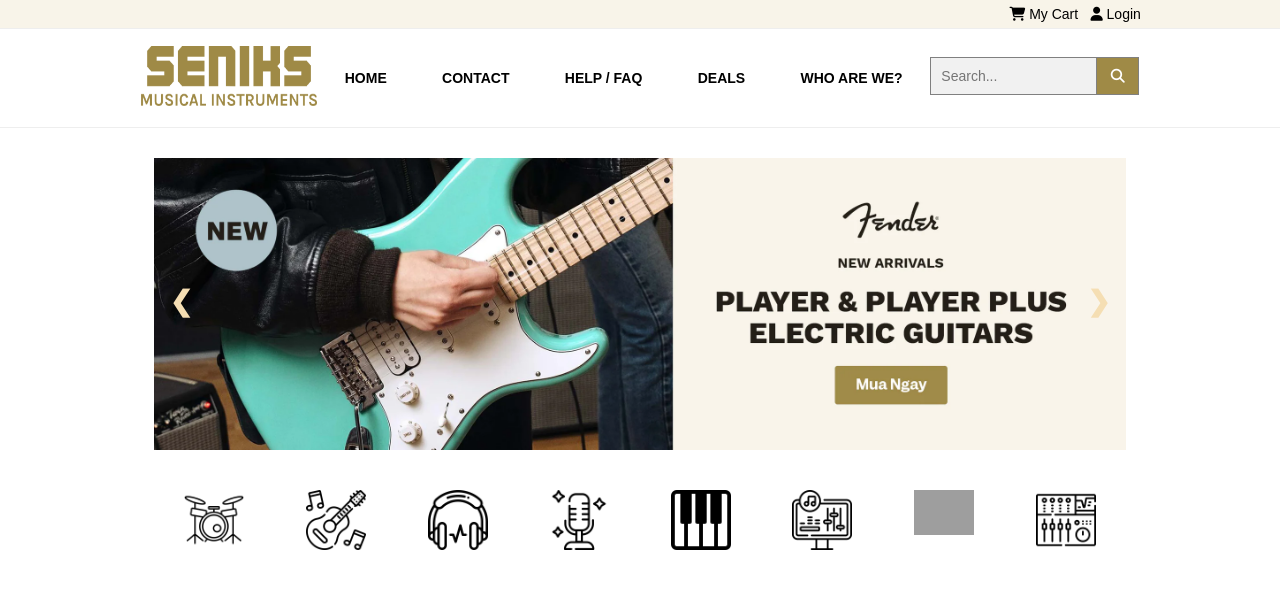
Repository: kuni-hoangnguyen/Do-an-tkweb-nam1
Page: index.html
These files come from the project's save history. The page is drawn as it stood at one moment and after the next save; the edit follows.
The browser window is 1280 px wide. The pictures show the whole page.
Pictures or frames that could not be fetched are drawn as grey boxes.

Above is the page before, as saved 2023-09-18 16:07:21.

### index.html
<!DOCTYPE html>
<html>

  <head>
    <title>Trang chủ</title>
    <link rel="stylesheet" href="main.css">
    <link rel="stylesheet" href="https://cdnjs.cloudflare.com/ajax/libs/font-awesome/6.4.2/css/all.min.css">
    <meta charset="utf-8">
    <meta http-equiv="X-UA-Compatible" content="IE=edge,chrome=1">
    <meta name="viewport" content="width=device-width, initial-scale=1">
  </head>

  <body>
    <header>

      <div class="row-menu1">

        <ul class="menu">
          <li class="menu-item"><a class="menu-link" href="#"><i class="fa-solid fa-cart-shopping"></i> My Cart</a></li>
          <li class="menu-item"><a class="menu-link" href="#"><i class="fa-solid fa-user"></i> Login</a></li>
        </ul>

      </div>

      <div class="row-menu2">

        <a href="index.html"><img class="logo" src="media/LOGO.png" alt="logo" ></a>

        <ul class="menu">
          <li class="menu-item"><a class="menu-link" href="index.html">HOME</a></li>
          <li class="menu-item"><a class="menu-link" href="#">CONTACT</a></li>
          <li class="menu-item"><a class="menu-link" href="#">HELP / FAQ</a></li>
          <li class="menu-item"><a class="menu-link" href="#">DEALS</a></li>
          <li class="menu-item"><a class="menu-link" href="#">WHO ARE WE?</a></li>
        </ul>

        <form class="search-button">

          <input type="text" placeholder="Search...">
          <button><i class="fa fa-search"></i></button>

        </form>

      </div>
    </header>
    <main>
      <div class="slideshow-container">
        <div class="mySlides fade">
          <img src="media/slide1.webp" style="width:100%">
        </div>

        <div class="mySlides fade">
          <img src="media/slide2.webp" style="width:100%">
        </div>

        <div class="mySlides fade">
          <img src="media/slide3.webp" style="width:100%">
        </div>

        <a class="prev" onclick="plusSlides(-1)">❮</a>
        <a class="next" onclick="plusSlides(1)">❯</a>

      </div>

      <div class="img-list">
        <ul class="menu">
          <li class="list-item"><a class="list-link" href="#"><img src="media/drums.png" alt=""></a></li>
          <li class="list-item"><a class="list-link" href="#"><img src="media/guitar.png" alt=""></a></li>
          <li class="list-item"><a class="list-link" href="#"><img src="media/headphone.png" alt=""></a></li>
          <li class="list-item"><a class="list-link" href="#"><img src="media/microphone.png" alt=""></a></li>
          <li class="list-item"><a class="list-link" href="#"><img src="media/piano.png" alt=""></a></li>
          <li class="list-item"><a class="list-link" href="#"><img src="media/software.png" alt=""></a></li>
          <li class="list-item"><a class="list-link" href="#"><img src="media/speaker.png" alt=""></a></li>
          <li class="list-item"><a class="list-link" href="#"><img src="media/synthesizer.png" alt=""></a></li>
        </ul>
      </div>
    </main>
    <footer>

    </footer>
    <script src="main.js"></script>
  </body>
</html>

### main.css
*{
  margin: 0;
  padding: 0;
  box-sizing: border-box;
  font-family: "Arial", Helvetica Neue, Helvetica, sans-serif;
}
header{
  width: 100%;
  background-color: #fff;
  border-style: none none inset  none;
  border-width: 1px;
  margin: auto;
}
.menu{
  list-style-type: none;
  display: flex;
  justify-content: space-around ;
  width: 100%;
}
.row-menu1{
  width: 100%;
  background-color: #f8f4e9;
  border-style: none none inset  none;
  border-width: 1px;
}
.row-menu1 .menu{
  flex-direction: row;
  width: 45%;
  margin-right: 0;
  margin-left: auto;
  padding: 14px 0;
}
.menu-link{
  color: black;
  text-decoration: none;
  font-size: 14px;
}
.row-menu2 .menu-link{
  font-weight: 600;
  font-size: 12px;
}
.menu-link:hover{
  color: #8c7422;
}
.logo{
  width: 35vw;
  padding: 0.5vh 1vw;
  position: absolute;
  top: 0;
}
.search-button input[type="text"]{
  padding: 10px;
  font-size: 14px;
  border: 1px solid grey;
  float: left;
  width: 80%;
  background: #f1f1f1;
}
.search-button button{
  float: left;
  width: 20%;
  padding: 10px;
  background: #9f8a46;
  color: white;
  font-size: 14px;
  border: 1px solid grey;
  border-left: none;
  cursor: pointer;
}
.search-button button:hover{
  background: #8c7422;
}
.search-button::after{
  content: "";
  clear: both;
  display: table;
}
.row-menu2 {
  display: flex;
  flex-direction: column;
  margin: auto;
  padding:10px 0;
}
.row-menu2 .menu{
  flex-direction: row;
  margin: auto;
  width: 100%;
  padding-bottom: 10px;
}


.mySlides {
  display: none;
}
.slideshow-container img {
  vertical-align: middle;
}

.slideshow-container {
  position: relative;
  margin: auto;
  padding:0;
}

.prev, .next {
  cursor: pointer;
  position: absolute;
  top: 50%;
  width: auto;
  padding: 16px;
  margin-top: -30px;
  color: wheat;
  font-weight: bold;
  font-size: 20px;
  transition: 0.6s ease;
  border-radius: 0 3px 3px 0;
  user-select: none;
}

.next {
  right: 0;
  border-radius: 3px 0 0 3px;
}

.prev:hover, .next:hover {
  background-color: rgba(0,0,0,0.8);
}

.fade {
  animation-name: fade;
  animation-duration: 2s;
}

@keyframes fade {
  from {opacity: .4}
  to {opacity: 1}
}

.img-list{
  margin: 0 12%;
}
.img-list img{
  max-width: 60px;
  max-height: 60px;
}
.list-item{
  padding: 10px;
}

@media(min-width:576px) {
  .row-menu1 .menu{
    width: 12%;
    margin-right: 10%;
    padding: 5px;
  }
  .row-menu2{
    flex-direction: row;
    margin: 0 11%;
    padding:5px 0;
  }
  .row-menu2 .menu{
    width: 70%;
    padding: 0;
  }
  .logo{
    width: 100%;
    height: 60px;
    position: static;
    top:initial;
    margin: 12px 0;
    padding: 0;
  }
  .search-button{
    padding: 23px 0;
  }
  .row-menu2 .menu-link{
    font-size: 14px;
  }
  .slideshow-container{
    margin: 0 12%;
    padding: 30px 0;
  }
  .prev, .next{
    font-size: 28px;
    margin-top: -35px;
  }
}

### main.js
let slideIndex = 1;
        showSlides(slideIndex);

        function plusSlides(n) {
          showSlides(slideIndex += n);
        }

        function currentSlide(n) {
          showSlides(slideIndex = n);
        }

        function showSlides(n) {
          let i;
          let slides = document.getElementsByClassName("mySlides");
          if (n > slides.length) {slideIndex = 1}
          if (n < 1) {slideIndex = slides.length}
          for (i = 0; i < slides.length; i++) {
            slides[i].style.display = "none";
          }

          slides[slideIndex-1].style.display = "block";
        }

After the next save:
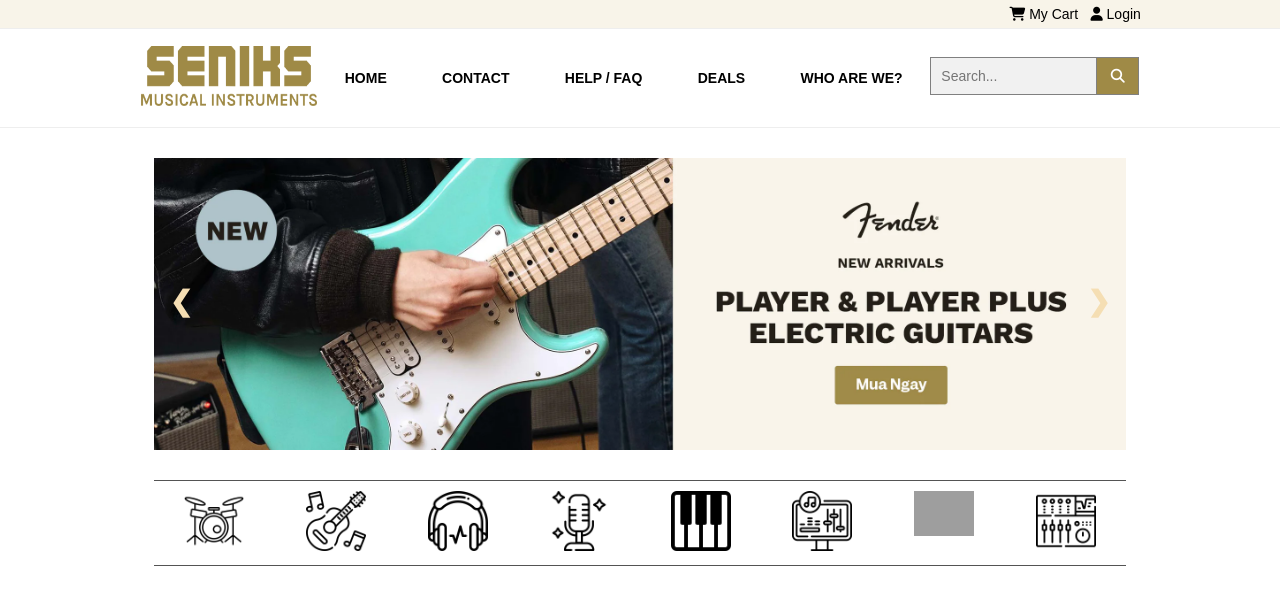
Saved 58 s later.
--- a/main.css
+++ b/main.css
@@ -138,6 +138,9 @@
 
 .img-list{
   margin: 0 12%;
+  border-style: outset none inset  none;
+  border-width: 1px;
+  border-color: black;
 }
 .img-list img{
   max-width: 60px;
